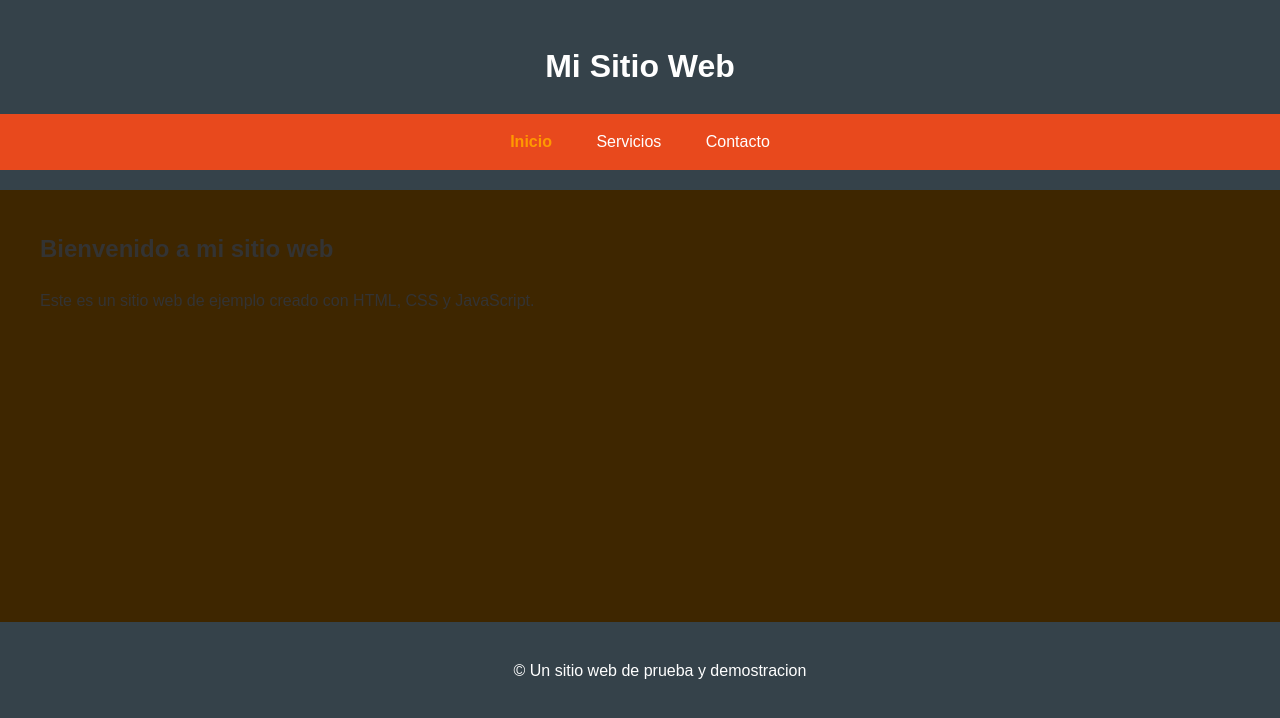
Repository: Sevanjo/Pagina_web
Page: HTML/index.html
The author's editor kept a copy of each file at every save. The page is drawn from the files as they stood at one save, then again after the next save.
The browser window is 1280 px wide. The pictures show the whole page.

Above is the page before, as saved 2025-04-20 19:25:34.

After the next save:
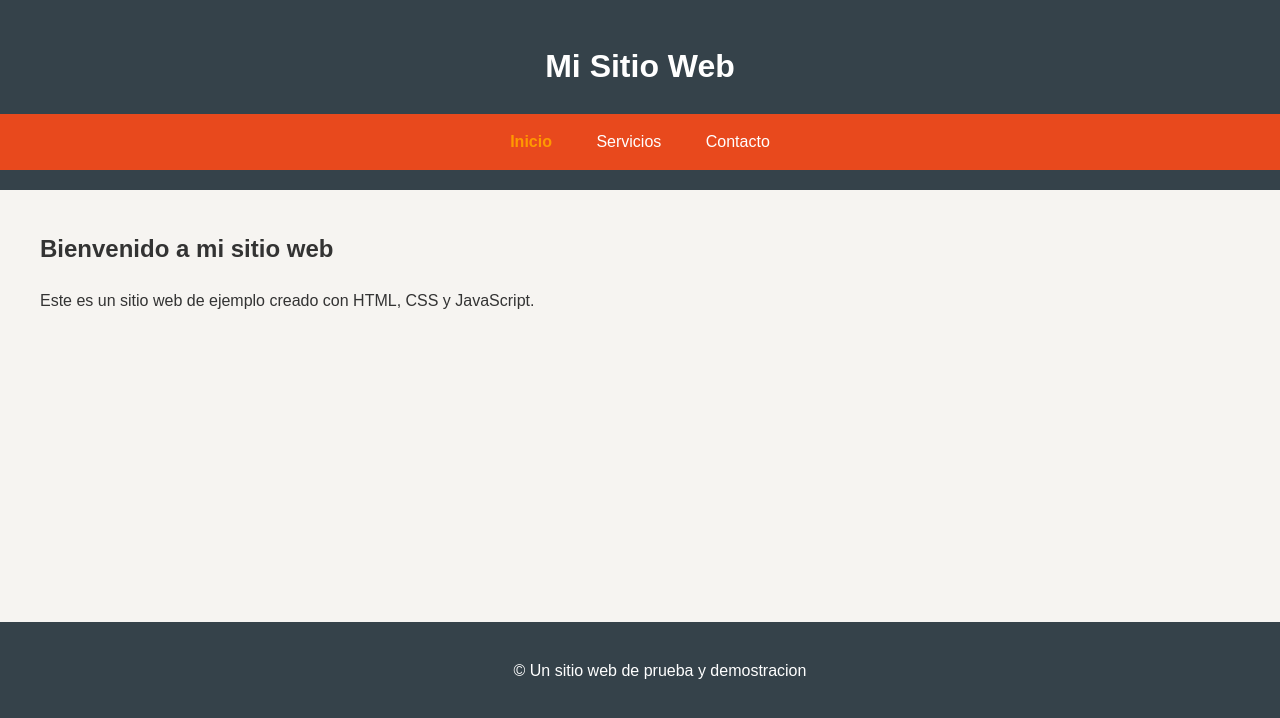
Saved 21 s later.
--- a/CSS/styles.css
+++ b/CSS/styles.css
@@ -5,7 +5,7 @@ body {
     margin: 0;
     padding: 0;
     color: #333;
-    background-color :rgb(62, 38, 0) !important;
+    background-color :rgb(246, 244, 241) !important;
 }
 
 
